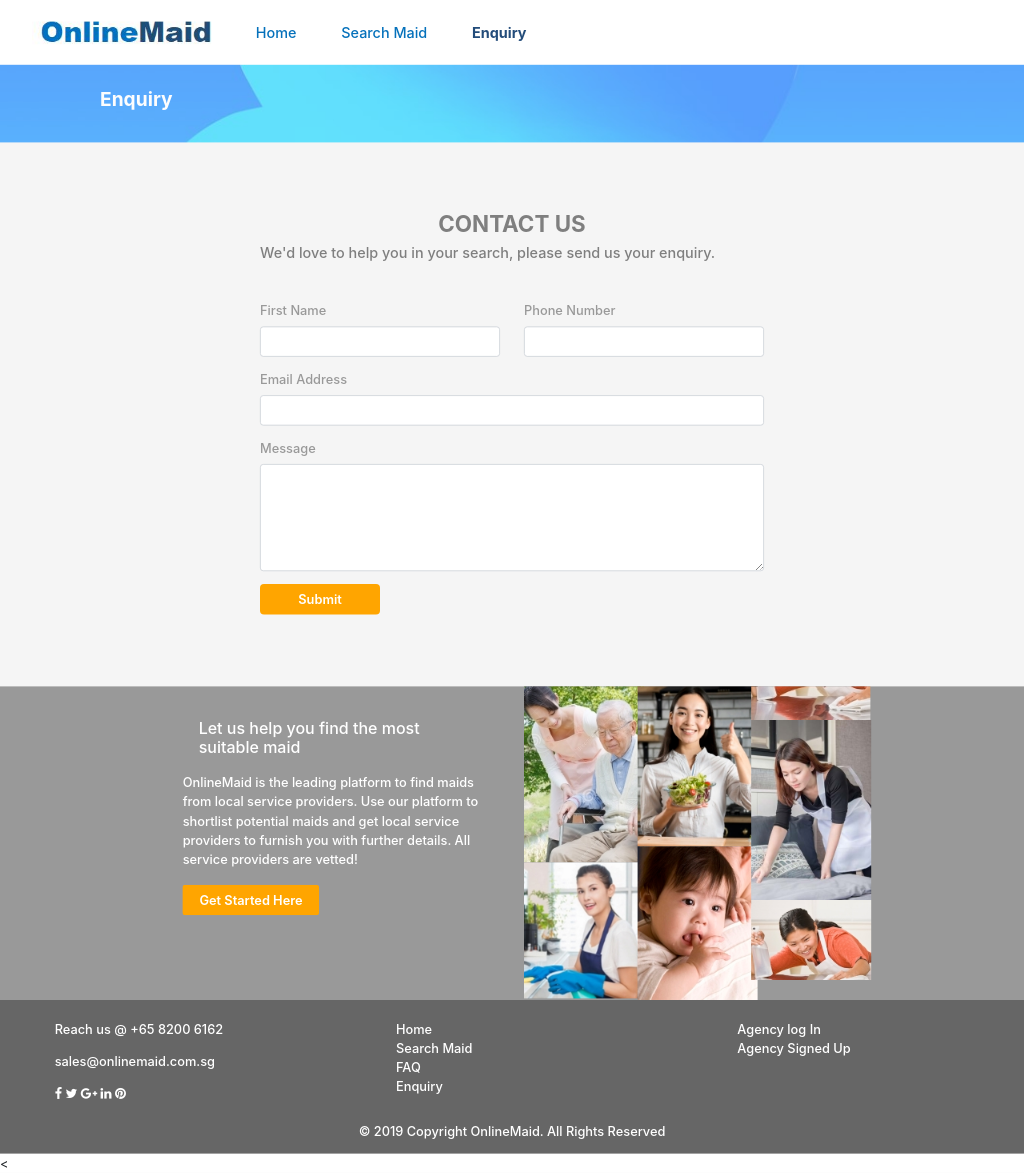
Repository: Code-Institute-Submissions/Project-1---Online-Maid
Page: enquiry.html
The author's editor kept a record of every edit. The page is drawn from the files as they stood at one moment, then again after the next edit.
The browser window is 1280 px wide. The pictures show the whole page, at 80% of full size.
Some web libraries are served in a nearby version.

Above is the page before.

### enquiry.html
<!DOCTYPE html>
<html lang="en">
<head>
    <meta charset="UTF-8">
    <meta name="viewport" content="width=device-width, initial-scale=1.0">
    <meta http-equiv="X-UA-Compatible" content="ie=edge">
    <link href="https://fonts.googleapis.com/css?family=Roboto:400,700|Open+Sans" rel="stylesheet">
    <link rel="stylesheet" href="https://stackpath.bootstrapcdn.com/bootstrap/4.3.1/css/bootstrap.min.css" type="text/css" />
    <link rel="stylesheet" href="https://stackpath.bootstrapcdn.com/font-awesome/4.7.0/css/font-awesome.min.css" type="text/css" />
    <link rel="stylesheet" href="https://cdnjs.cloudflare.com/ajax/libs/hover.css/2.1.1/css/hover-min.css" type="text/css" />
    <link rel="stylesheet" href="style.css" type="text/css" />
    <title>Online Maid</title>
</head>


<body>

<header>
  <nav class="navbar navbar-expand-lg navbar-light bg-white">
  <a class="navbar-brand" href="#"><img id="logo" class="pl-4 img-fluid d-md-block" src="images/logo.jpg" alt=""></a>
  <button class="navbar-toggler" type="button" data-toggle="collapse" data-target="#navbarSupportedContent" aria-controls="navbarSupportedContent" aria-expanded="false" aria-label="Toggle navigation">
    <span class="navbar-toggler-icon"></span>
  </button>

  <div class="collapse navbar-collapse" id="navbarSupportedContent">
    <ul class="navbar-nav mr-auto">
      <li class="nav-item">
        <a class="nav-link" href="index.html">Home</a>
      </li>
      <li class="nav-item">
        <a class="nav-link" href="searchMaid.html">Search Maid</a>
      </li>
      <li class="nav-item active">
        <a class="nav-link" href="enquiry.html">Enquiry</a>
      </li>
    </ul>
  </div>
</nav>
</header>

<article class="enquiry-body">
<section>
  <div class="header-jumbotron">
    <h4 class="header-jumbotron-text">Enquiry</h4>
  </div>
</section>

<section>
 <div class="container enquiry-body">
	<div class="row">
		<div class="col-md-8 col-md-offset-2 m-auto">
			<div class="contact-form">
				<h3 class="section-header">CONTACT US</h3>
				<p class="hint-text">We'd love to help you in your search, please send us your enquiry.</p>
					<div class="row">
						<div class="col-sm-6">
							<div class="form-group">
								<label for="inputFirstName" class="particular">First Name</label>
								<input type="text" class="form-control" id="inputFirstName" required>
							</div>
						</div>
						<div class="col-sm-6">
							<div class="form-group">
								<label for="inputLastName" class="particular">Phone Number</label>
								<input type="text" class="form-control" id="inputLastName" required>
							</div>
						</div>
					</div>
					<div class="form-group">
						<label for="inputEmail" class="particular">Email Address</label>
						<input type="email" class="form-control" id="inputEmail" required>
					</div>
					<div class="form-group">
						<label for="inputMessage" class="particular">Message</label>
						<textarea class="form-control" id="inputMessage" rows="5" required></textarea>
					</div>
					<input type="submit" class="btn btn-primary" value="Submit">
				</form>
			</div>
		</div>
	</div>
</div>
</section>

<section>
      <div class="row enquiry-container">
        <div class="col-2 enquiry-box-1"></div>

        <div class="col-4 enquiry-box-2">
          <h5 class="enquiry-header">Let us help you find the most suitable maid</h5>
          <p class="enquiry-content">OnlineMaid is the leading platform to find maids from local service providers. Use our platform to shortlist potential maids and get local service providers to furnish you with further details. All service providers are vetted!</p>
          <button type="button" class="btn enquiry-btn">Get Started Here</button>
        </div>

        <div class="col-4 enquiry-box-3">
          <div class="row picture-container">

            <div class="col-4 picture-col-1">
              <img class="card-img-top-1" src="images/enquiry/1a.jpg" alt="Card image cap">
              <img class="card-img-top-2" src="images/enquiry/2a.jpg" alt="Card image cap">
            </div>

            <div class="col-4 picture-col-2">
              <img class="card-img-top-3" src="images/enquiry/3a.jpg" alt="Card image cap">
              <img class="card-img-top-4" src="images/enquiry/4a.jpg" alt="Card image cap">
            </div>

            <div class="col-4 picture-col-3">
              <img class="card-img-top-5" src="images/enquiry/5a.jpg" alt="Card image cap">
              <img class="card-img-top-6" src="images/enquiry/6a.jpg" alt="Card image cap">
              <img class="card-img-top-7" src="images/enquiry/7a.jpg" alt="Card image cap">
            </div>
          </div>
        </div>

        <div class="col-2 enquiry-box-4"></div>

      </div>
    </section>

</article>






<footer class="page-footer font-small footer-style pt-4">
  <div class="container-fluid text-center text-md-left">
    <div class="row d-flex justify-content-around">

      <div class=" footer-left col-md-3 mt-md-0 mt-3">
        <p class="footer-content">Reach us @ +65 8200 6162</p>
        <p class= "footer-content">sales@onlinemaid.com.sg</p>

        <!-- social -->
        <a href="#" class="social so1 fa fa-facebook"></a>
        <a href="#" class="social fa fa-twitter"></a>
        <a href="#" class="social fa fa-google-plus"></a>
        <a href="#" class="social fa fa-linkedin"></a>
        <a href="#" class="social fa fa-pinterest"></a>
      </div>

      <div class="col-md-3 mb-md-0 mb-3">
        <ul class="list-unstyled">
          <li>
            <a href="index.html">Home</a>
          </li>
          <li>
            <a href="searchMaid.html">Search Maid</a>
          </li>
          <li>
            <a href="faq.html">FAQ</a>
          </li>
          <li>
            <a href="enquiry.html">Enquiry</a>
          </li>
        </ul>
      </div>

      <div class="col-md-3 mb-md-0 mb-3">
        <ul class="list-unstyled">
          <li>
            <a href="searchMaid.html">Agency log In</a>
          </li>
          <li>
            <a href="searchMaid.html">Agency Signed Up</a>
          </li>
        </ul>
      </div>

    </div>
  </div>

  <div class="footer-copyright text-center py-3">© 2019 Copyright OnlineMaid.  All Rights Reserved</div>
</footer>



<
    <script src="https://code.jquery.com/jquery-3.3.1.slim.min.js" integrity="sha384-q8i/X+965DzO0rT7abK41JStQIAqVgRVzpbzo5smXKp4YfRvH+8abtTE1Pi6jizo" crossorigin="anonymous"></script>
    <script src="https://cdnjs.cloudflare.com/ajax/libs/popper.js/1.14.7/umd/popper.min.js" integrity="sha384-UO2eT0CpHqdSJQ6hJty5KVphtPhzWj9WO1clHTMGa3JDZwrnQq4sF86dIHNDz0W1" crossorigin="anonymous"></script>
    <script src="https://stackpath.bootstrapcdn.com/bootstrap/4.3.1/js/bootstrap.min.js" integrity="sha384-JjSmVgyd0p3pXB1rRibZUAYoIIy6OrQ6VrjIEaFf/nJGzIxFDsf4x0xIM+B07jRM" crossorigin="anonymous"></script>
</body>
</html>

### style.css

/*overall*/
*{
    padding: 0;
    margin: 0;
    box-sizing: border-box;
    color: #737373;
    font-weight: 500;
}



/*header*/
#logo {
    height: 55px;
    max-width:100%;
}

.active{
     font-size: 25px;
}

.nav-item{
    padding: 0px 20px;
    font-weight:600;
    font-size: 18px;

}

.nav-link {
        color: #0571bb !important;
}

.active .nav-link {
   color: #234c7a !important;
   font-weight: bold;
}

/*footer*/
.footer-style{
    background: #666666;
}


.footer-content,
.social,
.footer-copyright,
.list-unstyled a {
    color: white;
}


.footer-left a:hover,
.list-unstyled a:hover {
   color:orange;
}


.list-unstyled a {
   text-decoration: none;
}



/*Section 1-jumbotron*/
.j1 {
    background-image: url("images/banner.jpg");
    background-size: cover;
    color: white;
    padding : 120px 0px;
    margin: 0px 0px 120px;
     }


.maids-portal,
.getStarted{
   text-align: center;
    font-weight: 600;
    color: white;
    margin: 0px 20px 20px 20px;
    margin-bottom: 20px;
}


.getStarted{
    font-size: 20px;
}


.form-row {
    padding: 50px 0px 0px 0px;
}


.form-control {
    color: #737373;
    font-weight: 500;
}


.btn {
    background-color: #808080;
    color: white;
    padding: 0px 40px;
    font-weight: 600;
}


.btn:hover {
    background: orange;
    color: white;
}



/*section 2 - 4 Steps*/
.section-header{
    text-align: center;
    margin: 80px 0px 10px 0px ;
    line-height: 25px;
    font-weight: 700;
    position: relative;
    opacity: 0.9;
}


.steps-line{
    text-align: center;
    margin: 20px;
    padding: 0px;
    line-height: 25px;
    font-size: 18px;
}


.four-steps-container {
    margin: 50px 0px 120px 0px;
}


.steps-box {
    background-color: orange;
    text-align: center;
    font-weight: 500;
    color: white;
}


.steps-box-content {
    color: white;
}


.i{
    font-size: 100px;
}



/*index.html section 3*/
.six-choices-1 {
   margin: 30px 20px 30px 20px;
}


.six-choices-2 {
   margin: 30px 20px 20px 20px;
}


.maid-experience a:hover{
    text-decoration: none;
}


.maid-experience p {
    color: orange;
    font-size: 17px;
}



/*section 4 - enquiry-box*/
.enquiry-container {
    min-height: 350px;
    background-color: #999999;
    color: white;
    margin: 80px 0px 0px;
}


.enquiry-header {
    margin: 40px 20px 20px;
    /*margin-bottom: 20px;*/
    color: white;
}


.enquiry-content {
 font-size: 16px;
 margin-bottom: 20px;
 color: white;
}


.enquiry-btn{
    background: orange;
    color: white;
    padding: 0px 20px;
    min-height: 38px;
    margin-bottom: 20px;
    font-weight: 600
}

.contact-form .btn-primary:hover,
.enquiry-btn:hover{
    background: #1d93e2;
    color: white;
    border: none;
}


/*section 5 - testimonial*/
.carousel {
	margin: 50px auto;
	padding: 0 70px;
}

.carousel .item {
	/*color: #999;*/
	font-size: 14px;
    text-align: center;
	overflow: hidden;
    min-height: 290px;
}


.carousel .item .img-box {
	width: 200px;
	height: 200px;
	margin: 0 auto;
	padding: 5px;
	border: 1px solid #ddd;
	border-radius: 50%;
}


.carousel .img-box img {
	width: 100%;
	height: 100%;
	display: block;
	border-radius: 50%;
}


.carousel .testimonial {
	padding: 30px 0 10px;
}


.carousel .overview {
	font-style: italic;
}


.overview b {
	text-transform: uppercase;
	color: #7AA641;
}


.carousel .carousel-control {
	width: 40px;
    height: 40px;
    margin-top: -20px;
    top: 50%;
	background: none;
}


.carousel-control i {
    font-size: 68px;
	line-height: 42px;
    position: absolute;
    display: inline-block;
	color: rgba(0, 0, 0, 0.8);
    text-shadow: 0 3px 3px #e6e6e6, 0 0 0 #000;
}


.carousel .carousel-indicators {
	bottom: -40px;
}


.carousel-indicators li, .carousel-indicators li.active {
	width: 10px;
	height: 10px;
	margin: 1px 3px;
	border-radius: 50%;
}


.carousel-indicators li {
	background: #999;
	border-color: transparent;
	box-shadow: inset 0 2px 1px rgba(0,0,0,0.2);
}


.carousel-indicators li.active {
	background: #555;
	box-shadow: inset 0 2px 1px rgba(0,0,0,0.2);
}





/*searchMaid Jumbotron*/

.header-jumbotron {
   background-image: url("images/banner.jpg");
    background-size: cover;
    padding : 30px 0px 30px 125px;
    /*margin-bottom: 30px;*/
    opacity: 0.8;
     }


.header-jumbotron-text{
    color: white;
    font-weight: 700
}


.bio-container {
    margin: 110px 0px 0px 0px;
    padding-left: 50px;
}


.padding-left{
    padding-left: 30px;
}

.filter {
    margin: 10px 30px 20px 0px;

    color: #737373;
}


.filter-dropdown-box{
    height: 50px;
}


.maid-name{
    font-size: 20px;
    font-weight: 700;
    padding: 15px 0px 0px;
}


.small-label{
    font-size:13px;
    margin: 7px 0px;
}

.big-label{
    margin: 0px;
    padding: 0px;
}


.name-and-country,
.age-marital-status,
.maid-type,
.agency-name{
   padding: 0px 0px 5px 10px;
   margin: 0px 10px 2px;
   border-bottom-color: #e6e6e6;
   border-top:none;
}


.bio-btn{
    padding: 7px 0px;
    margin: 5px 10px;
    border: 0px;
    background: orange;
    font-weight: 600
}


.bio-btn:hover{
    color: #595959;
}


.pagination-margin{
    margin: 50px 0px 0px;
}





/*enquiry-form*/
.searchmaid-body,
.enquiry-body{
        background: #f5f5f5;
    }


.contact-form {
    padding: 10px 50px;
}


.contact-form .btn  {
    min-height: 38px;
    border-radius: 5px;
    min-width: 150px;
    background: orange;
    border: none;
}


.hint-text {
    font-size: 18px;
    padding-bottom: 30px;
    opacity: 0.9;
}


.particular {
    opacity: 0.7;
}

@media (max-width:768px) {
    .form-row {
        padding:40px;
    }
}

After the next edit:
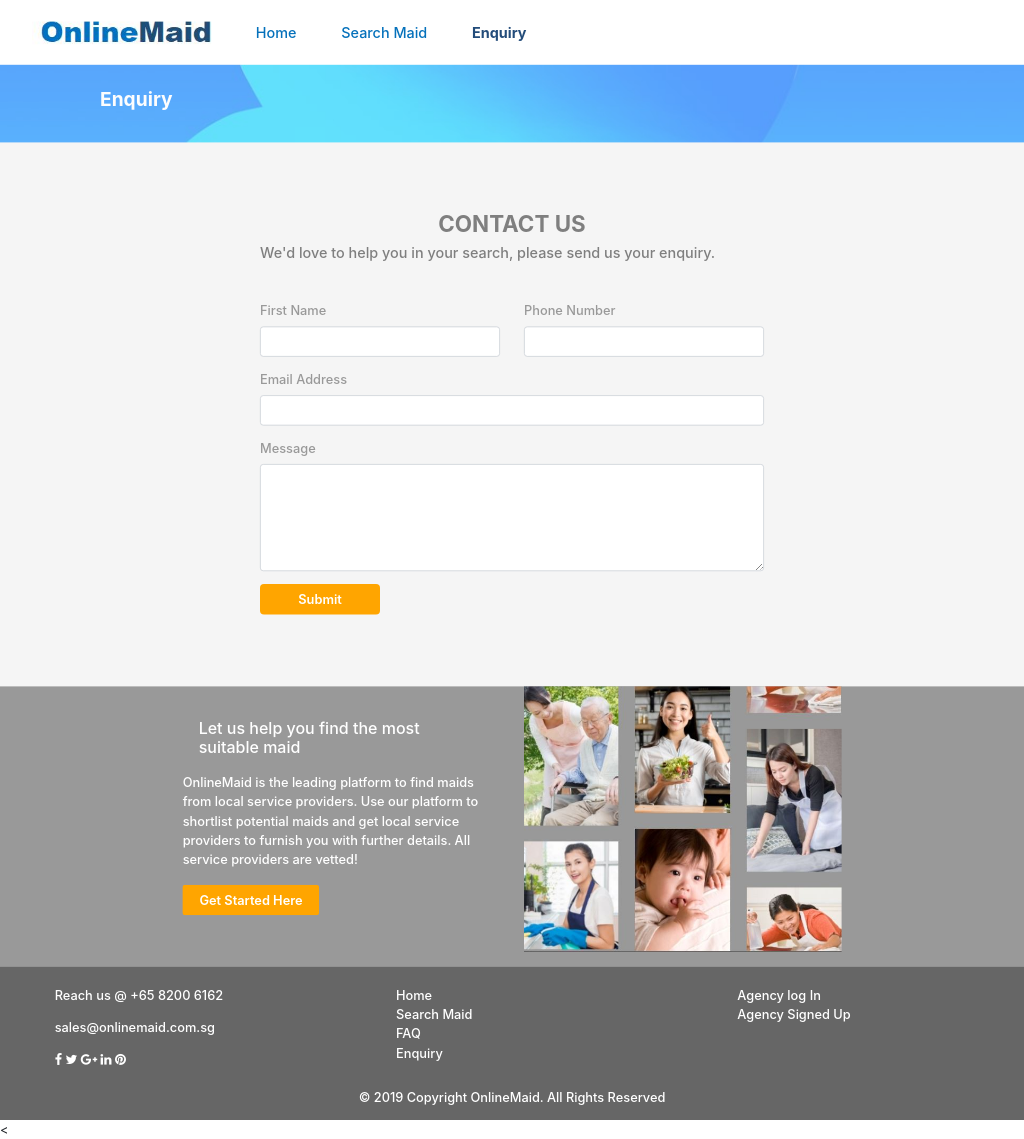
The edit:
--- a/enquiry.html
+++ b/enquiry.html
@@ -83,40 +83,40 @@
 </section>
 
 <section>
-      <div class="row enquiry-container">
-        <div class="col-2 enquiry-box-1"></div>
+    <div class="row enquiry-container">
+      <div class="col-md-2"></div>
 
-        <div class="col-4 enquiry-box-2">
-          <h5 class="enquiry-header">Let us help you find the most suitable maid</h5>
-          <p class="enquiry-content">OnlineMaid is the leading platform to find maids from local service providers. Use our platform to shortlist potential maids and get local service providers to furnish you with further details. All service providers are vetted!</p>
-          <button type="button" class="btn enquiry-btn">Get Started Here</button>
-        </div>
+      <div class="col-md-4">
+      <h5 class ="enquiry-header">Let us help you find the most suitable maid</h5>
+      <p class ="enquiry-content">OnlineMaid is the leading platform to find maids from local service providers.  Use our platform to shortlist potential maids and get local service providers to furnish you with further details. All service providers are vetted!</p>
+      <button type="button" class="btn enquiry-btn">Get Started Here</button>
+    </div>
 
-        <div class="col-4 enquiry-box-3">
-          <div class="row picture-container">
+      <div class="col-md-4 ">
+      <img class="img-responsive w-100" src="images/enquiry-image.jpg" alt="Card image cap">
+      <!--<div class="row picture-container">-->
 
-            <div class="col-4 picture-col-1">
-              <img class="card-img-top-1" src="images/enquiry/1a.jpg" alt="Card image cap">
-              <img class="card-img-top-2" src="images/enquiry/2a.jpg" alt="Card image cap">
-            </div>
+      <!--  <div class="col-sm-4 picture-col-1">-->
+      <!--    <img class="card-img-top-1" src="images/enquiry/1a.jpg" alt="Card image cap">-->
+      <!--    <img class="card-img-top-2" src="images/enquiry/2a.jpg" alt="Card image cap">-->
+      <!--  </div>-->
 
-            <div class="col-4 picture-col-2">
-              <img class="card-img-top-3" src="images/enquiry/3a.jpg" alt="Card image cap">
-              <img class="card-img-top-4" src="images/enquiry/4a.jpg" alt="Card image cap">
-            </div>
+      <!--  <div class="col-sm-4 picture-col-2">-->
+      <!--    <img class="card-img-top-3" src="images/enquiry/3a.jpg" alt="Card image cap">-->
+      <!--    <img class="card-img-top-4" src="images/enquiry/4a.jpg" alt="Card image cap">-->
+      <!--  </div>-->
 
-            <div class="col-4 picture-col-3">
-              <img class="card-img-top-5" src="images/enquiry/5a.jpg" alt="Card image cap">
-              <img class="card-img-top-6" src="images/enquiry/6a.jpg" alt="Card image cap">
-              <img class="card-img-top-7" src="images/enquiry/7a.jpg" alt="Card image cap">
-            </div>
-          </div>
-        </div>
+      <!--  <div class="col-sm-4 picture-col-3">-->
+      <!--    <img class="card-img-top-5" src="images/enquiry/5a.jpg" alt="Card image cap">-->
+      <!--    <img class="card-img-top-6" src="images/enquiry/6a.jpg" alt="Card image cap">-->
+      <!--    <img class="card-img-top-7" src="images/enquiry/7a.jpg" alt="Card image cap">-->
+      <!--  </div>-->
+      <!--</div>-->
+  </div>
 
-        <div class="col-2 enquiry-box-4"></div>
-
-      </div>
-    </section>
+      <div class="col-md-2"></div>
+  </div>
+  </section>
 
 </article>
 
